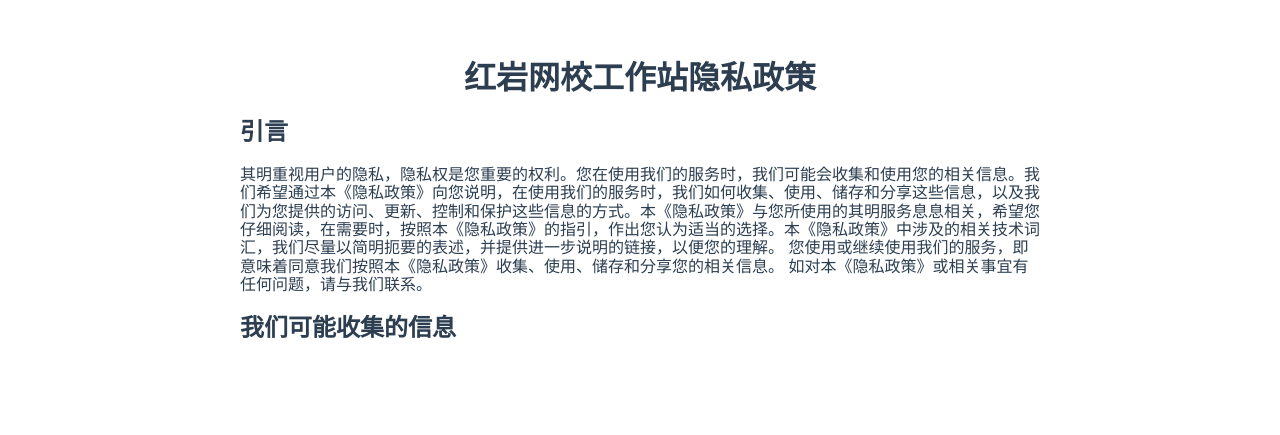
Repository: zl-mdc/privacy-policy
Page: /
These files come from the project's save history. The page is drawn as it stood at one moment and after the next save; the edit follows.
The browser window is 1280 px wide. The pictures show the whole page.
The project was rebuilt for these pictures with package versions that can differ from the ones it lists, and the page was loaded fresh each time.

Above is the page before, as saved 2020-09-17 15:34:01.

After the next save:
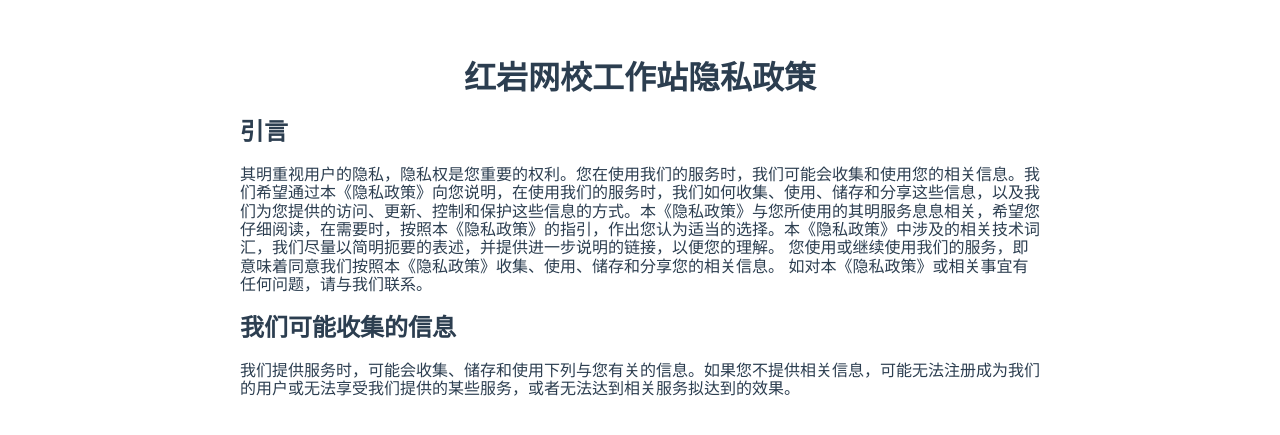
Saved 30 s later.
--- a/src/components/Info.vue
+++ b/src/components/Info.vue
@@ -1,7 +1,7 @@
 <!--
  * @Author: Code_Master
  * @Date: 2020-09-17 15:00:51
- * @LastEditTime: 2020-09-17 15:34:00
+ * @LastEditTime: 2020-09-17 15:34:31
  * @LastEditors: Code_Master
  * @FilePath: /privacy-policy/src/components/Info.vue
  * @Description: The first 90% of the code accounts for the first 90% of the development time. The remaining 10% of the code accounts for the other 90% of the development time.
@@ -14,6 +14,7 @@
           <p><span></span>其明重视用户的隐私，隐私权是您重要的权利。您在使用我们的服务时，我们可能会收集和使用您的相关信息。我们希望通过本《隐私政策》向您说明，在使用我们的服务时，我们如何收集、使用、储存和分享这些信息，以及我们为您提供的访问、更新、控制和保护这些信息的方式。本《隐私政策》与您所使用的其明服务息息相关，希望您仔细阅读，在需要时，按照本《隐私政策》的指引，作出您认为适当的选择。本《隐私政策》中涉及的相关技术词汇，我们尽量以简明扼要的表述，并提供进一步说明的链接，以便您的理解。 您使用或继续使用我们的服务，即意味着同意我们按照本《隐私政策》收集、使用、储存和分享您的相关信息。 如对本《隐私政策》或相关事宜有任何问题，请与我们联系。 </p>
 
           <h2>我们可能收集的信息</h2>
+          <p>我们提供服务时，可能会收集、储存和使用下列与您有关的信息。如果您不提供相关信息，可能无法注册成为我们的用户或无法享受我们提供的某些服务，或者无法达到相关服务拟达到的效果。</p>
     </div>
 </template>
 
